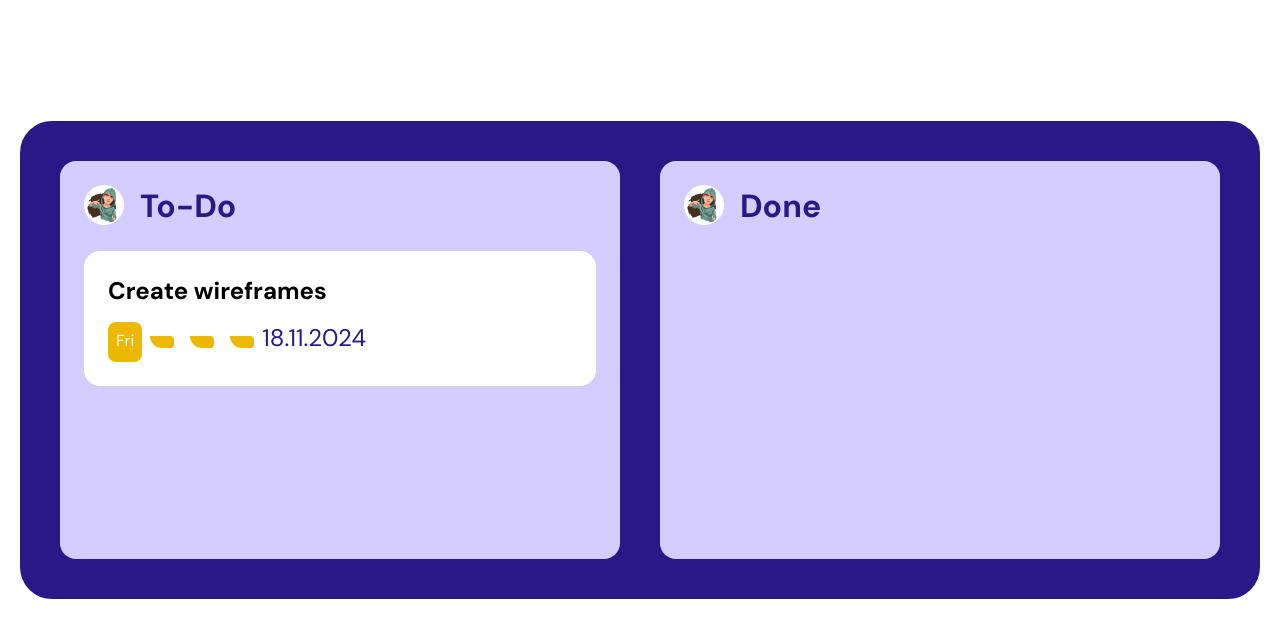
Repository: VitasYo/Kanban
Page: index.html
The author's editor kept a copy of each file at every save. The page is drawn from the files as they stood at one save, then again after the next save.
The browser window is 1280 px wide. The pictures show the whole page.

Above is the page before, as saved 2024-04-15 19:51:19.

### index.html
<!DOCTYPE html>
<html lang="en">
<head>
  <meta charset="UTF-8">
  <meta name="viewport" content="width=device-width, initial-scale=1.0">
  <link rel="stylesheet" href="./src/assets/css/index.css">
  <title>To-Do-List-Kanban</title>
</head>
<body>
  <main class="kanban">
    <section class="kanban__column">
      <div class="kanban__title_and_icon">
        <img height=40 width=40 src="src/assets/img/Avatar.jpg" alt="Аватар">
        <h2 class="kanban__title">To-Do</h2>
      </div>
      <div class="card">
        <div class="card_title">Create wireframes</div>
        <div class="card_items">
          <div class="card_pin">Fri</div>
          <div class="card_scale">
            <img class="card_scale_item" src="src/assets/img/yel_rect.png">
            <img class="card_scale_item" src="src/assets/img/yel_rect.png">
            <img class="card_scale_item" src="src/assets/img/yel_rect.png">
          </div>
          <div class="card_date">18.11.2024</div>
        </div>
      </div>
    </section>

    <section class="kanban__column">
      <div class="kanban__title_and_icon">
        <img height=40 width=40 src="src/assets/img/Avatar.jpg" alt="Аватар">
        <h2 class="kanban__title">Done</h2>
      </div>

    </section>
  </main>
  </body>
<script src="./src/assets/js/index.js"></script>
</html>

### src/assets/css/index.css
@import url('https://fonts.googleapis.com/css2?family=DM+Sans:opsz,wght@9..40,100;9..40,200;9..40,300;9..40,400;9..40,500;9..40,600;9..40,700;9..40,800;9..40,900;9..40,1000&display=swap');
@import './component/_kanban.css';
@import './_media.css';



* {
  font-family: 'DM Sans', sans-serif;
}

* {
  box-sizing: border-box;
  margin: 0;
  padding: 0;
}

body {
  font-family: 'Arial', sans-serif;
  background-color: white;
  color: white;
  display: flex;
  flex-direction: column;
  min-height: 100vh;
}


.header__title,
.footer__text {
  margin: 0;
  padding: 10px 0;
}

.container {
  width: 100%;
  padding-right: 15px;
  padding-left: 15px;
  margin-right: auto;
  margin-left: auto;
}

### src/assets/css/component/_kanban.css
.kanban {
    display: flex;
    flex-wrap: wrap;
    justify-content: space-around;
    flex-grow: 1;
    flex: 0 0 100%;
    border-radius: 32px;
    border: 20px solid #2B1887;
    background-color: #2B1887;
    display: grid;
    grid-template-columns: 1fr 1fr;
    margin: auto;
}

.kanban__column {
    height: 398px;
    width: 560px;
    background-color: #D5CCFF;
    border-radius: 16px;
    padding: 24px;
    margin: 20px;
}

.kanban__title_and_icon {
    display: flex;
    width: 560px;
    margin-bottom: 24px;

}

.kanban__title {
    color: #2B1887;
    font-size: 32px;
    padding-left: 16px;
}

.card {
    background-color: white;
    border: 24px solid;
    border-radius: 16px;
}

.card_title {
    color: black;
    font-size: 24px;
    font-weight: bold;
}

.card_items {
    margin-top: 16px;
    display: flex;
}

.card_pin {
    padding: 8px;
    border-radius: 8px;
    background-color: #ECB800;
}

.card_scale {
    display: flex;
}


.card_scale_item {
    padding: 8px;
}

.card_date {
    font-size: 24px;
    color: #2B1887;
}

### src/assets/css/_media.css
@media (min-width: 576px) {
    .container {
        max-width: 540px;
    }
}

@media (min-width: 768px) {
    .container {
        max-width: 720px;
    }
}

@media (min-width: 992px) {
    .container {
        max-width: 960px;
    }
}

@media (min-width: 1200px) {
    .container {
        max-width: 1140px;
    }
}

@media (min-width: 1400px) {
    .container {
        max-width: 1320px;
    }
}

@media screen and (min-width: 640px) {
    .kanban__column {
        flex: 0 0 calc(33.333% - 20px);
    }
}

Loaded but not shown: src/assets/js/index.js (no stored copy; drawn as an empty file)

After the next save:
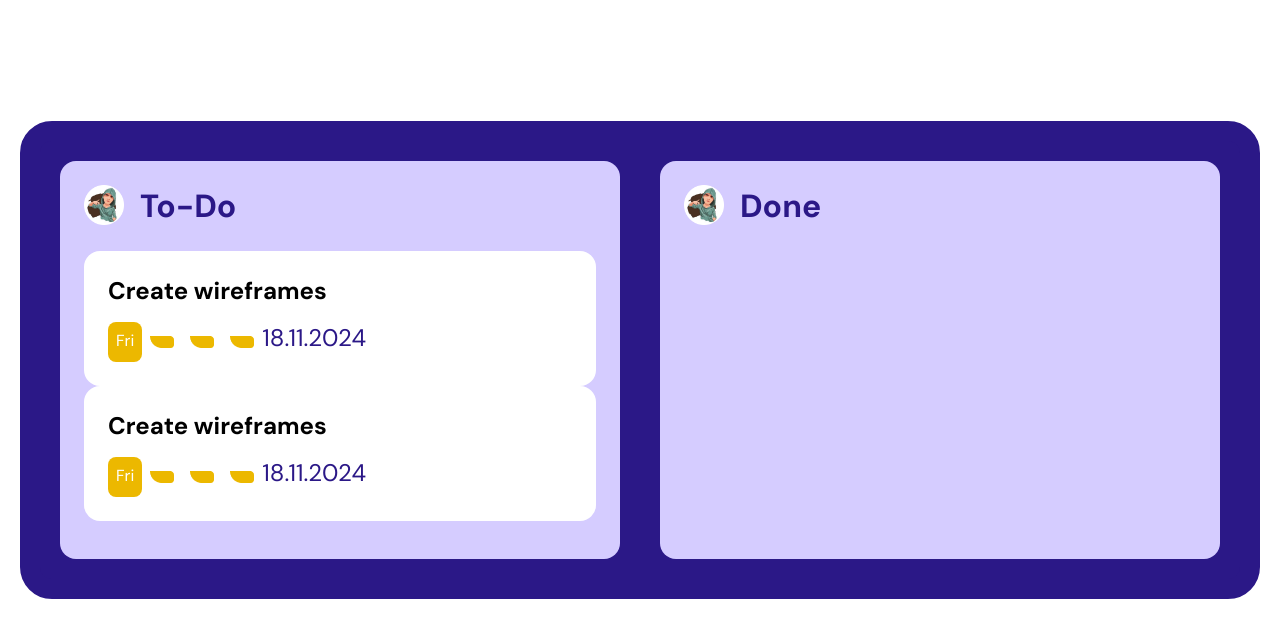
Saved 10 min 7 s later.
--- a/index.html
+++ b/index.html
@@ -25,6 +25,18 @@
           <div class="card_date">18.11.2024</div>
         </div>
       </div>
+      <div class="card">
+        <div class="card_title">Create wireframes</div>
+        <div class="card_items">
+          <div class="card_pin">Fri</div>
+          <div class="card_scale">
+            <img class="card_scale_item" src="src/assets/img/yel_rect.png">
+            <img class="card_scale_item" src="src/assets/img/yel_rect.png">
+            <img class="card_scale_item" src="src/assets/img/yel_rect.png">
+          </div>
+          <div class="card_date">18.11.2024</div>
+        </div>
+      </div>
     </section>
 
     <section class="kanban__column">
